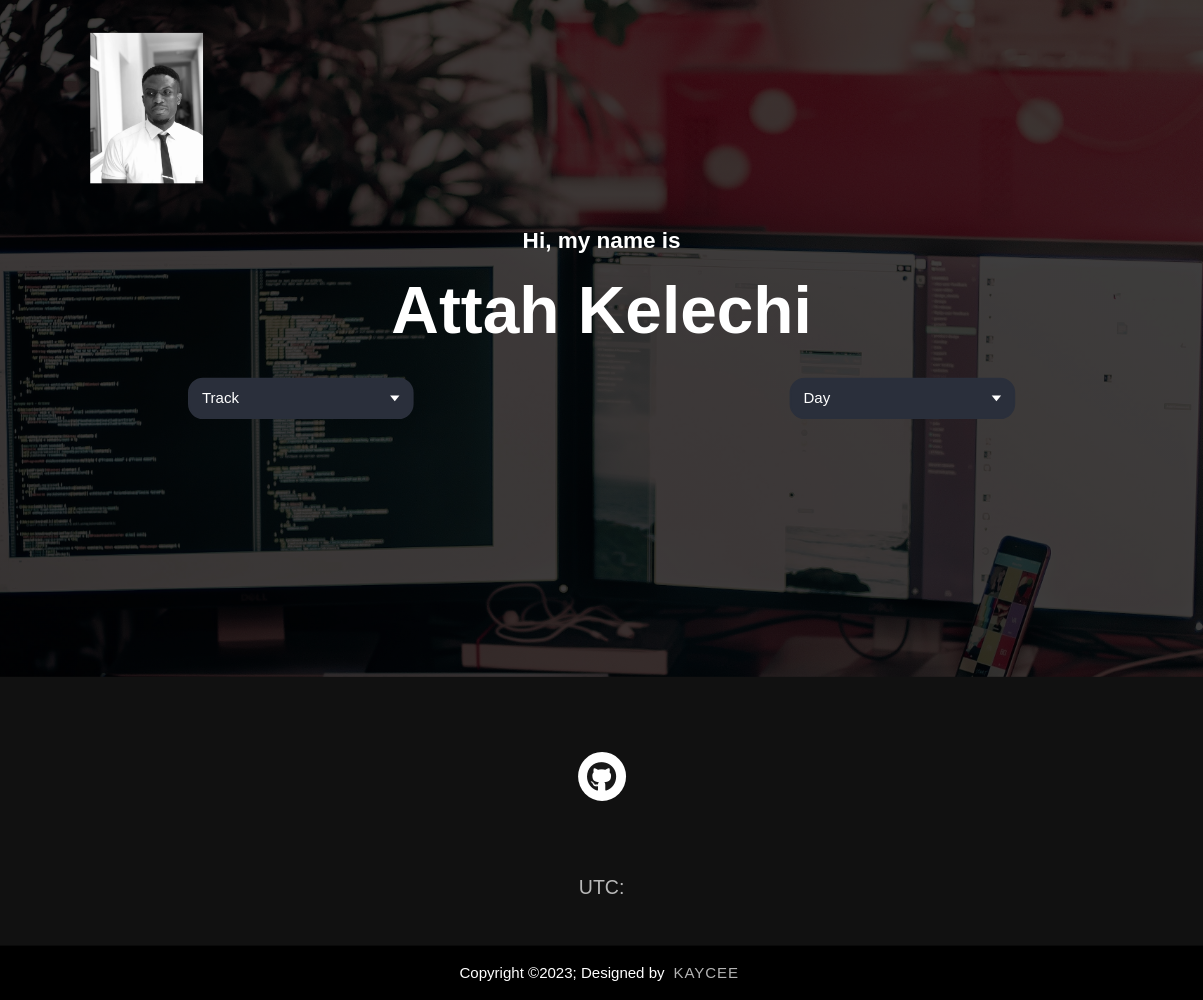
Repository: Kaycee-attah/HNG-Internship_2023
Page: index.html
An editor plug-in stored every save of this project. The page is shown before and after the next save, followed by the edit.
The browser window is 1280 px wide. The pictures show the whole page, at 94% of full size.

Above is the page before, as saved 2023-09-07 11:55:41.

After the next save:
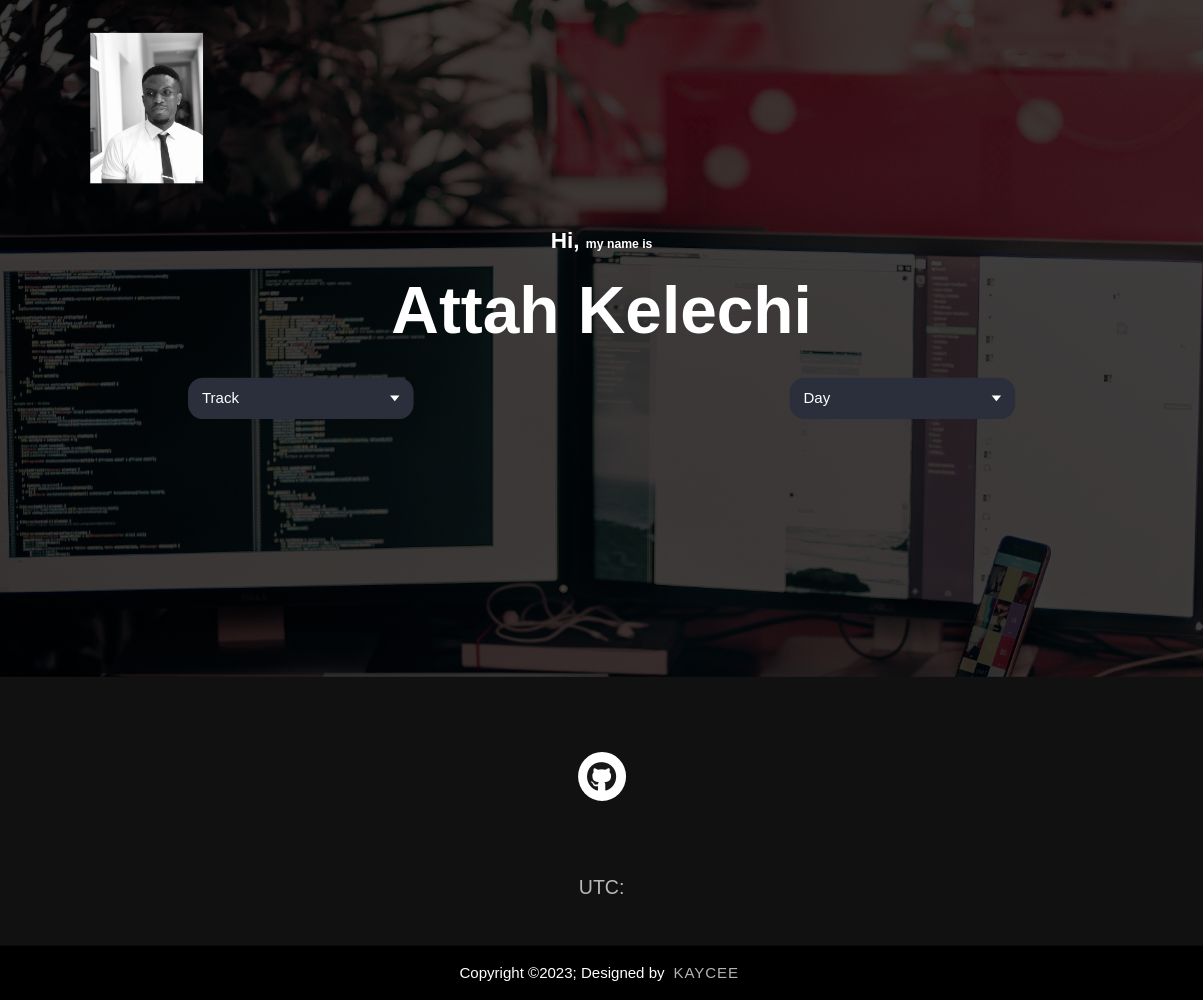
Saved 94 s later.
--- a/style.css
+++ b/style.css
@@ -72,6 +72,7 @@ body{
 .text{
     margin: 0;
     font-weight: 0;
+    font-size: small;
     line-height: 5px;
 }
 .track_info {
